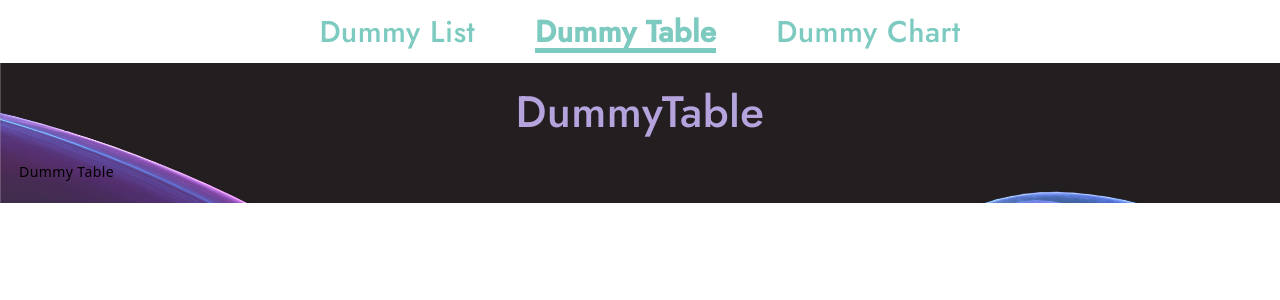
Repository: Vadim-27/backendless
Page: /tabs/dummyTable
An editor plug-in stored every save of this project. The page is shown before and after the next save, followed by the edit.
The browser window is 1280 px wide. The pictures show the whole page.
The project was rebuilt for these pictures with package versions that can differ from the ones it lists, and the page was loaded fresh each time.

Above is the page before, as saved 2023-10-28 16:45:47.

### src/index.js
import React from 'react';
import ReactDOM from 'react-dom/client';
import { BrowserRouter } from 'react-router-dom';
import { App } from 'App';
import './index.scss';

ReactDOM.createRoot(document.getElementById('root')).render(
  <React.StrictMode>
    <BrowserRouter basename='/'>
    <App />
    </BrowserRouter>
  </React.StrictMode>
)

### src/App.jsx
import { Routes, Route } from "react-router-dom";
import { lazy } from "react";

import { Suspense } from "react";

const Navbar = lazy(() => import('modules/Navbar/Navbar'));
const DummyListPage = lazy(() => import('Pages/DummyListPage/DummyListPage'));
const DummyChartPage = lazy(() => import('Pages/DummyChartPage/DummyChartPage'));
const DummyTablePage = lazy(() => import('Pages/DummyTablePage/DummyTablePage'));
const NotFoundPage = lazy(() => import('Pages/NotFoundPage/NotFoundPage'));


export const App = () => {
  return (
    <>
      <Suspense>
        <Navbar />
        <Routes>
          <Route path="tabs/dummyList" element={<DummyListPage />} />
          <Route path="tabs/dummyChart" element={<DummyChartPage />} />
          <Route path="tabs/dummyTable" element={<DummyTablePage />} />
          <Route path="*" element={<NotFoundPage />} />
        </Routes>
      </Suspense>
    </>
  );
};

### src/index.scss
@import './utils/base.scss';
@import './utils/normalize.scss';
@import './utils/variables.scss';
@import './utils/fonts.scss';

### src/modules/Navbar/Navbar.jsx
import { NavLink, Outlet } from "react-router-dom";
import tabs from "./tabs";

import css from './navbar.module.scss'

const Navbar = () => {
   const sortedTabs = [...tabs].sort((a, b) => a.order - b.order);

  const navbarList = sortedTabs.map(({ id, title, path }) => (
    <li key={id}>
      <NavLink className={css.link} to={path}>
        {title}
      </NavLink>
    </li>
  ));

  return (
    <div >
      <ul className={css.menu }>{navbarList}</ul>
      <Outlet />
    </div>
  );
}
export default Navbar;

### src/Pages/DummyTablePage/DummyTablePage.jsx
import DummyTable from "modules/DummyTable/DummyTable";

const DummyTablePage = () => {
  return <>
    <DummyTable/>
  </>
}
export default DummyTablePage;

### src/utils/base.scss
body {
  font-size: 14px;
  letter-spacing: 0.03em;
  margin: 0;
}

button {
  cursor: pointer;
}

a {
  text-decoration: none;
  outline: none;
}

h1,
h2,
h4,
h5 {
  margin-top: 0;
  margin-bottom: 0;
}

p {
  margin-bottom: 0;
  margin-top: 0;
}

ul {
  padding: 0;
  margin-top: 0;
  margin: 0;
  margin-bottom: 0;
  list-style: none;
}

img {
  display: block;
  max-width: 100%;
  height: auto;
}
.container {
  box-sizing: content-box;

  margin-left: auto;
  margin-right: auto;
  padding-right: 16px;
  padding-bottom: 20px;
  padding-left: 16px;
  background-image: url(../../assets/img/landing_page_template_with_flowing_lines_design_2805.jpg);
  background-size: cover, cover;
  background-repeat: no-repeat;
  background-attachment: fixed;
  // height: 100vh;
}

### src/utils/normalize.scss
::after,
::before {
  box-sizing: border-box;
}
html {
  -moz-tab-size: 4;
  tab-size: 4;
}
html {
  line-height: 1.15;
  -webkit-text-size-adjust: 100%;
}
body {
  margin: 0;
}
body {
  font-family: system-ui, -apple-system, "Segoe UI", Roboto, Helvetica, Arial,
    sans-serif, "Apple Color Emoji", "Segoe UI Emoji";
}
hr {
  height: 0;
  color: inherit;
}
abbr[title] {
  text-decoration: underline dotted;
}
b,
strong {
  font-weight: bolder;
}
code,
kbd,
pre,
samp {
  font-family: ui-monospace, SFMono-Regular, Consolas, "Liberation Mono", Menlo,
    monospace;
  font-size: 1em;
}
small {
  font-size: 80%;
}
sub,
sup {
  font-size: 75%;
  line-height: 0;
  position: relative;
  vertical-align: baseline;
}
sub {
  bottom: -0.25em;
}
sup {
  top: -0.5em;
}
table {
  text-indent: 0;
  border-color: inherit;
}
button,
input,
optgroup,
select,
textarea {
  font-family: inherit;
  font-size: 100%;
  line-height: 1.15;
  margin: 0;
}
button,
select {
  text-transform: none;
}
[type="button"],
[type="reset"],
[type="submit"],
button {
  -webkit-appearance: button;
}
::-moz-focus-inner {
  border-style: none;
  padding: 0;
}
:-moz-focusring {
  outline: 1px dotted ButtonText;
}
:-moz-ui-invalid {
  box-shadow: none;
}
legend {
  padding: 0;
}
progress {
  vertical-align: baseline;
}
::-webkit-inner-spin-button,
::-webkit-outer-spin-button {
  height: auto;
}
[type="search"] {
  -webkit-appearance: textfield;
  outline-offset: -2px;
}
::-webkit-search-decoration {
  -webkit-appearance: none;
}
::-webkit-file-upload-button {
  -webkit-appearance: button;
  font: inherit;
}
summary {
  display: list-item;
}

### src/utils/variables.scss
:root {
  --primary-primary: #b5a3de;
  --primary-secondary: #7dcac0;
}

### src/utils/fonts.scss
@font-face {
  font-family: "Jost-Regular";
  font-style: normal;
  font-weight: 400;
  font-display: swap;
  src: url("../fonts/Jost-Regular.ttf");
}

@font-face {
  font-family: "Jost-Medium";
  font-style: normal;
  font-weight: 500;
  font-display: swap;
  src: url("../fonts/Jost-Medium.ttf");
}

### src/modules/Navbar/tabs.js
const tabs = [
  {
    id: 'dummyTable',
    title: 'Dummy Table',
    order: 1,
    path: 'tabs/dummyTable',
  },
  {
    id: 'dummyChart',
    title: 'Dummy Chart',
    order: 2,
    path: 'tabs/dummyChart',
  },
  { id: 'dummyList', title: 'Dummy List', order: 0, path: 'tabs/dummyList' },
];

export default tabs;

### src/modules/Navbar/navbar.module.scss
.menu {
    list-style: none;
    display: flex;
    gap: 60px;
    justify-content: center;
}

.link {
    padding-bottom: 5px;
    text-decoration: none;
    color: var(--primary-secondary);
    display: inline-block;
    padding: 10px 0px;
    font-family: Jost-Medium;
font-size: 30px;
font-style: normal;
font-weight: 500;
line-height: normal;
}

.link:global(.active) {
    font-weight: bold;

   position: relative;

}

.link:global(.active)::after {
    content: "";
    position: absolute;
    bottom: 10px;
    left: 0;
    width: 100%;
    border-bottom: 5px solid;
}

### src/modules/DummyTable/DummyTable.jsx
import css from './dummyTable.module.scss';
const DummyTable = () => {
  return (
    <div className="container">
      <h1 className={css.titleSection}>DummyTable</h1>
      <table>
        <tr>
          <td>Dummy</td>
          <td>Table</td>
        </tr>
      </table>
    </div>
  );
}
export default DummyTable;

### src/modules/DummyTable/dummyTable.module.scss
.titleSection{
  text-align: center;
   padding: 20px;
  color: var(--primary-primary);
font-family: Jost-Medium;
font-size: 44px;
font-style: normal;
font-weight: 500;
line-height: 58px;
}

Loaded but not shown: public/index.html (common file)

After the next save:
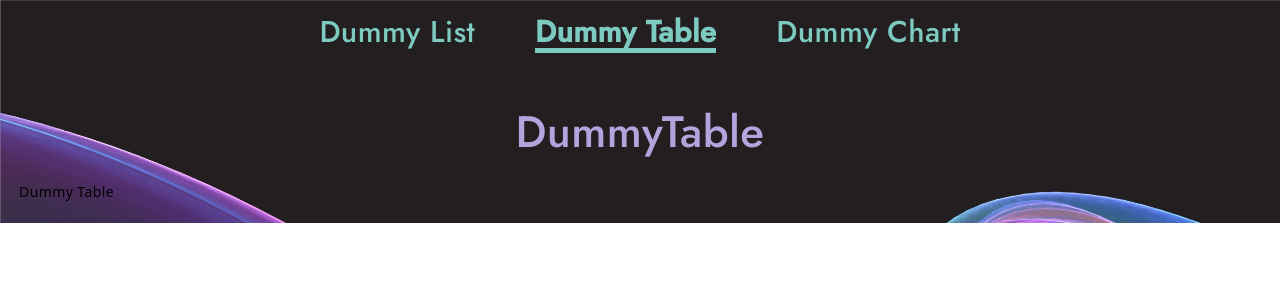
Saved 40 s later.
--- a/src/modules/Navbar/Navbar.jsx
+++ b/src/modules/Navbar/Navbar.jsx
@@ -15,7 +15,7 @@ const Navbar = () => {
   ));
 
   return (
-    <div >
+    <div className='container'>
       <ul className={css.menu }>{navbarList}</ul>
       <Outlet />
     </div>
